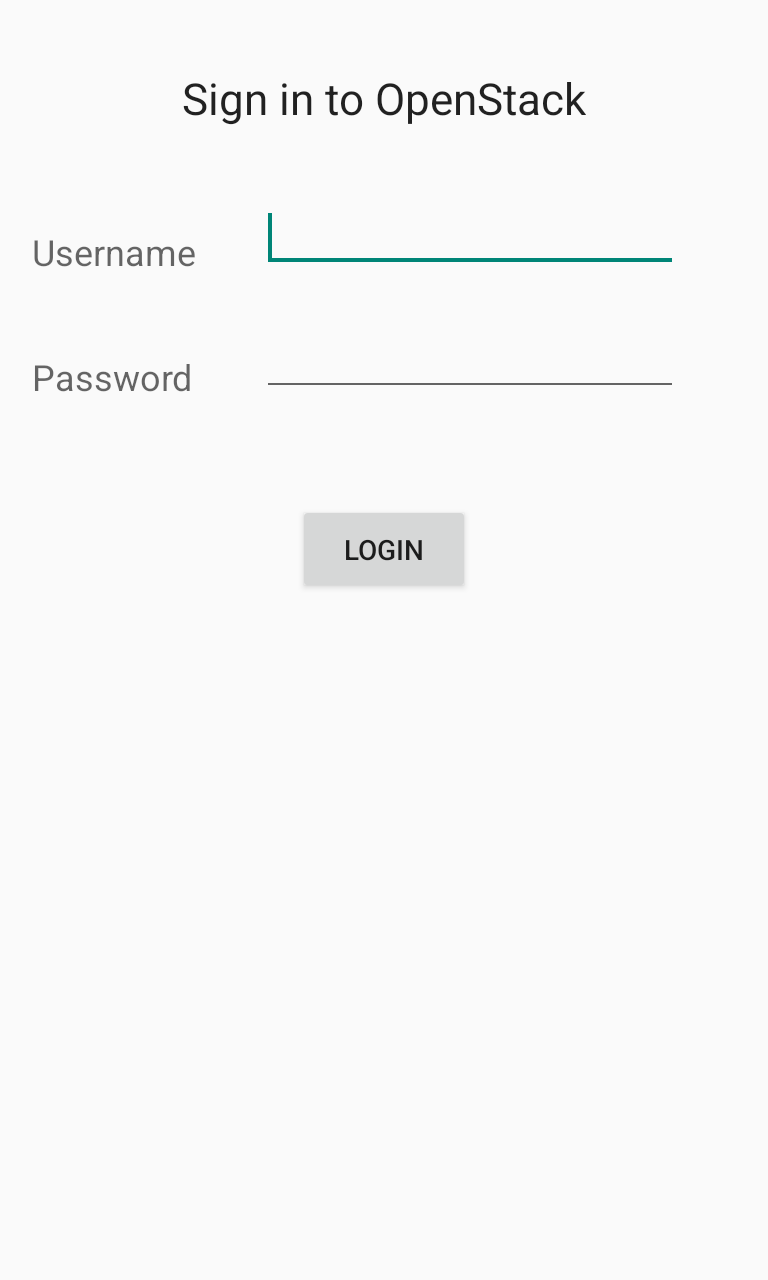
Repository: browndrf/cmpe283
Layout: myopenstack/res/layout/login_activity.xml
An editor plug-in stored every save of this project. The layout is shown before and after the next save, followed by the edit.
It is drawn on a 768 x 1280 px phone screen (xhdpi) without system bars, with theme AppTheme; the app's code is not run.

Above is the layout before, as saved 2014-09-13 17:06:09.

### myopenstack/res/layout/login_activity.xml
<RelativeLayout xmlns:android="http://schemas.android.com/apk/res/android"
   xmlns:tools="http://schemas.android.com/tools"
   android:layout_width="match_parent"
   android:layout_height="match_parent"
   android:paddingBottom="@dimen/activity_vertical_margin"
   android:paddingLeft="@dimen/activity_horizontal_margin"
   android:paddingRight="@dimen/activity_horizontal_margin"
   android:paddingTop="@dimen/activity_vertical_margin"
   tools:context=".Login" >

   <TextView
      android:id="@+id/textView1"
      android:layout_width="wrap_content"
      android:layout_height="wrap_content"
      android:layout_alignParentTop="true"
      android:layout_centerHorizontal="true"
      android:layout_marginTop="18dp"
      android:text="Sign in to OpenStack"
      android:textAppearance="?android:attr/textAppearanceLarge" />

   <TextView
      android:id="@+id/textView2"
      android:layout_width="wrap_content"
      android:layout_height="wrap_content"
      android:layout_alignParentLeft="true"
      android:layout_below="@+id/textView1"
      android:layout_marginTop="50dp"
      android:text="Username"
      android:textAppearance="?android:attr/textAppearanceMedium" />

   <EditText
      android:id="@+id/editText1"
      android:layout_width="wrap_content"
      android:layout_height="wrap_content"
      android:layout_alignBottom="@+id/textView2"
      android:layout_marginLeft="32dp"
      android:layout_toRightOf="@+id/textView2"
      android:ems="10" >

      <requestFocus />
   </EditText>

   <TextView
      android:id="@+id/textView3"
      android:layout_width="wrap_content"
      android:layout_height="wrap_content"
      android:layout_alignLeft="@+id/textView2"
      android:layout_below="@+id/textView2"
      android:layout_marginTop="38dp"
      android:text="Password"
      android:textAppearance="?android:attr/textAppearanceMedium" />

   <EditText
      android:id="@+id/editText2"
      android:layout_width="wrap_content"
      android:layout_height="wrap_content"
      android:layout_alignBottom="@+id/textView3"
      android:layout_alignLeft="@+id/editText1"
      android:ems="10"
      android:inputType="textPassword" />

   <Button
      android:id="@+id/button1"
      android:layout_width="wrap_content"
      android:layout_height="wrap_content"
      android:layout_below="@+id/editText2"
      android:layout_centerHorizontal="true"
      android:layout_marginTop="50dp"
      android:onClick="login"
      android:text="Login" />

   <TextView
      android:id="@+id/textViewErr"
      android:layout_width="wrap_content"
      android:layout_height="wrap_content"
      android:layout_marginTop="60dp"
      android:textAppearance="?android:attr/textAppearanceMedium" />

</RelativeLayout>

Loaded but not shown: myopenstack/res/values/styles.xml (common file); myopenstack/res/values-v11/styles.xml (common file); myopenstack/res/values-v14/styles.xml (common file); myopenstack/res/values/dimens.xml (common file); myopenstack/res/values-w820dp/dimens.xml (common file)

After the next save:
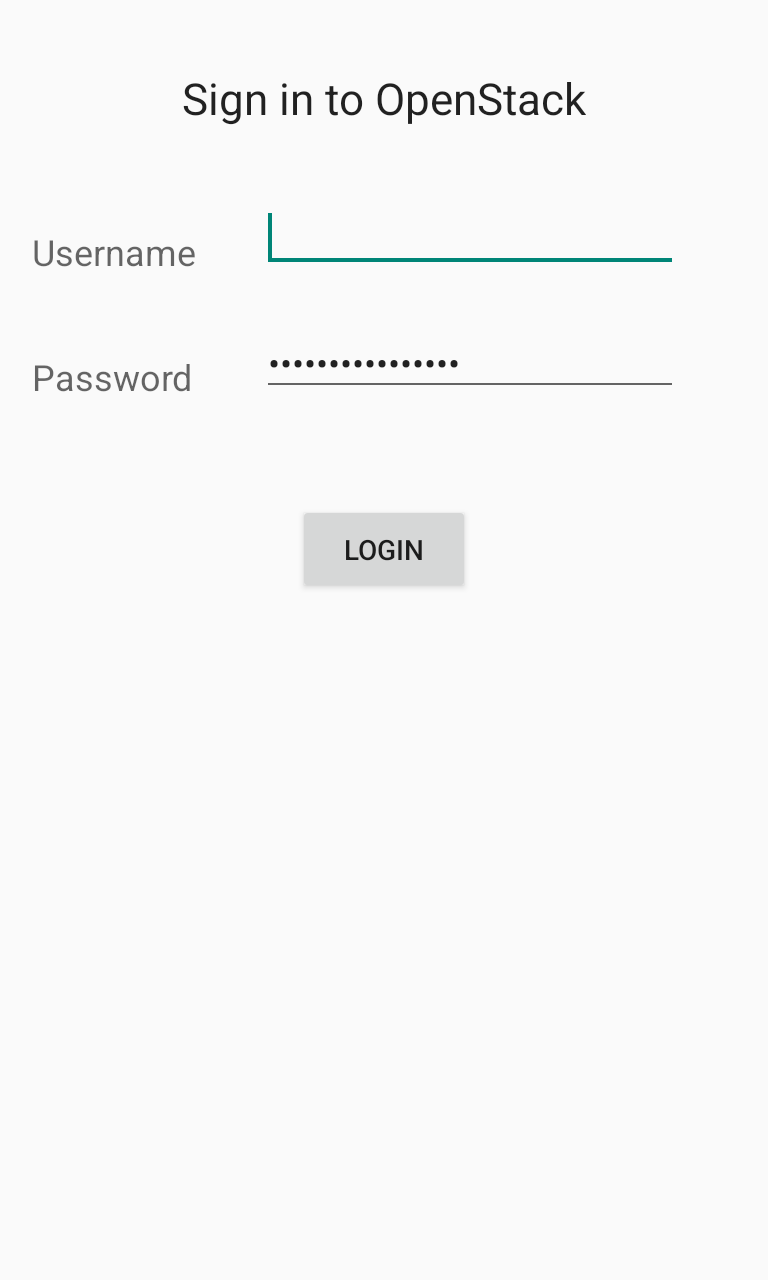
Saved 71 s later.
--- a/myopenstack/res/layout/login_activity.xml
+++ b/myopenstack/res/layout/login_activity.xml
@@ -57,6 +57,7 @@
       android:layout_alignBottom="@+id/textView3"
       android:layout_alignLeft="@+id/editText1"
       android:ems="10"
+      android:text="cded84956ebc46ae"
       android:inputType="textPassword" />
 
    <Button
